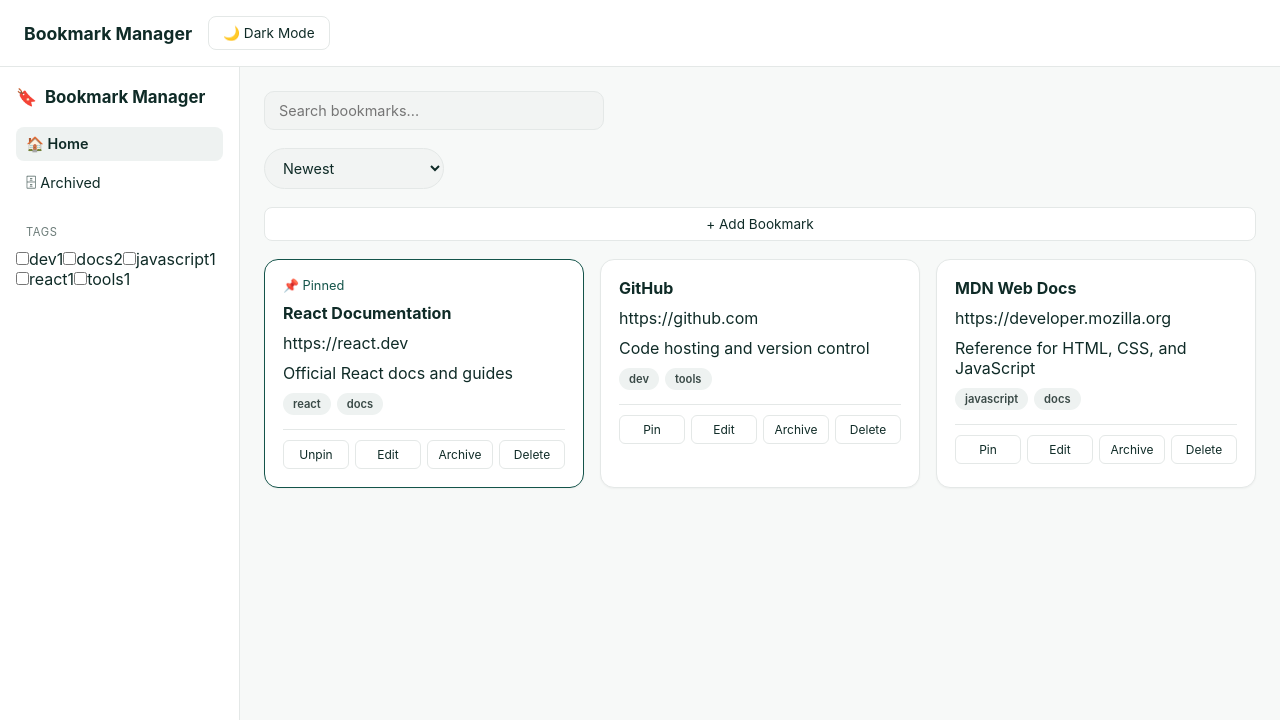
Repository: K0k1M4r/Big-Game-React
Page: /
An editor plug-in stored every save of this project. The page is shown before and after the next save, followed by the edit.
The browser window is 1280 px wide. The pictures show the whole page.
The project was rebuilt for these pictures with package versions that can differ from the ones it lists, and the page was loaded fresh each time. Also part of the build but not shown: vite.config.js, src/components/Modal.jsx, src/components/BookmarkForm.jsx.

Above is the page before, as saved 2026-09-22 22:47:09.

### index.html
<!doctype html>
<html lang="en">
  <head>
    <meta charset="UTF-8" />
    <link rel="icon" type="image/svg+xml" href="/favicon.svg" />
    <meta name="viewport" content="width=device-width, initial-scale=1.0" />
    <title>bookmark-manager</title>
  </head>
  <body>
    <div id="root"></div>
    <script type="module" src="/src/main.jsx"></script>
  </body>
</html>

### src/index.css
/* ===== Reset & Base ===== */
* {
  box-sizing: border-box;
  margin: 0;
  padding: 0;
}

body {
  font-family: -apple-system, BlinkMacSystemFont, "Segoe UI", Roboto, Helvetica, Arial, sans-serif;
  background-color: var(--bg-color);
  color: var(--text-color);
  transition: background-color 0.2s, color 0.2s;
}

/* ===== Theme Variables ===== */
:root[data-theme="light"] {
  --bg-color: #f7f9f8;
  --sidebar-bg: #ffffff;
  --header-bg: #ffffff;
  --card-bg: #ffffff;
  --input-bg: #f2f4f3;
  --text-color: #0f2b27;
  --muted-text: #6b7b78;
  --border-color: #e4e8e7;
  --tag-bg: #eef2f1;
  --tag-text: #3a4a47;
  --accent-color: #14544a;
  --accent-hover: #0f3f38;
  --error-color: #dc2626;
}

:root[data-theme="dark"] {
  --bg-color: #0c2622;
  --sidebar-bg: #0d2b27;
  --header-bg: #0d2b27;
  --card-bg: #0f3430;
  --input-bg: #123833;
  --text-color: #f2f7f5;
  --muted-text: #9fb5b0;
  --border-color: #1c4d46;
  --tag-bg: #164039;
  --tag-text: #cfe6df;
  --accent-color: #2a9d8f;
  --accent-hover: #35b3a3;
  --error-color: #f87171;
}

button {
  font-family: inherit;
  cursor: pointer;
  border: 1px solid var(--border-color);
  background-color: var(--card-bg);
  color: var(--text-color);
  border-radius: 8px;
  padding: 8px 14px;
  font-size: 0.85rem;
  transition: background-color 0.15s, border-color 0.15s;
}

button:hover {
  filter: brightness(0.96);
}

input:not([type="checkbox"]),
textarea,
select {
  font-family: inherit;
  font-size: 0.9rem;
  padding: 10px 14px;
  border: 1px solid var(--border-color);
  border-radius: 10px;
  background-color: var(--input-bg);
  color: var(--text-color);
  width: 100%;
}

input:focus,
textarea:focus,
select:focus {
  outline: none;
  border-color: var(--accent-color);
}

/* ===== App Layout ===== */
.app {
  min-height: 100vh;
  display: flex;
  flex-direction: column;
}

.app-body {
  display: flex;
  flex: 1;
}

/* ===== Sidebar ===== */
.sidebar {
  width: 240px;
  flex-shrink: 0;
  background-color: var(--sidebar-bg);
  border-right: 1px solid var(--border-color);
  padding: 20px 16px;
  display: flex;
  flex-direction: column;
  gap: 4px;
}

.sidebar-logo {
  font-weight: 700;
  font-size: 1.05rem;
  margin-bottom: 16px;
  display: flex;
  align-items: center;
  gap: 8px;
}

.sidebar button {
  border: none;
  background: transparent;
  text-align: left;
  width: 100%;
  padding: 8px 10px;
  border-radius: 8px;
  font-size: 0.9rem;
  color: var(--text-color);
}

.sidebar button.active {
  background-color: var(--tag-bg);
  font-weight: 600;
}

.sidebar-tags-label {
  font-size: 0.7rem;
  text-transform: uppercase;
  letter-spacing: 0.05em;
  color: var(--muted-text);
  margin: 16px 0 6px 10px;
}

/* ===== Header ===== */
.app-header {
  display: flex;
  align-items: center;
  gap: 16px;
  background-color: var(--header-bg);
  border-bottom: 1px solid var(--border-color);
  padding: 16px 24px;
}

.app-header h1 {
  font-size: 1.1rem;
  white-space: nowrap;
}

.search-bar {
  max-width: 340px;
  border-radius: 999px;
}

.add-bookmark-btn {
  background-color: var(--accent-color);
  color: #ffffff;
  border: none;
  border-radius: 999px;
  padding: 10px 18px;
  font-weight: 600;
  white-space: nowrap;
}

.add-bookmark-btn:hover {
  background-color: var(--accent-hover);
}

/* ===== Main Content ===== */
.app-main {
  flex: 1;
  padding: 24px;
  display: flex;
  flex-direction: column;
  gap: 18px;
}

.filter-bar {
  display: flex;
  flex-wrap: wrap;
  gap: 8px;
}

.filter-bar button {
  border-radius: 999px;
  padding: 6px 14px;
  font-size: 0.8rem;
}

.filter-bar button.active {
  background-color: var(--accent-color);
  color: #ffffff;
  border-color: var(--accent-color);
}

.sort-select {
  max-width: 180px;
  border-radius: 999px;
}

/* ===== Bookmark List & Card ===== */
.bookmark-list {
  display: grid;
  grid-template-columns: repeat(auto-fill, minmax(270px, 1fr));
  gap: 16px;
}

.bookmark-card {
  position: relative;
  background-color: var(--card-bg);
  border: 1px solid var(--border-color);
  border-radius: 14px;
  padding: 18px;
  display: flex;
  flex-direction: column;
  gap: 10px;
  box-shadow: 0 1px 2px rgba(0, 0, 0, 0.04);
}

.bookmark-card.pinned {
  border-color: var(--accent-color);
}

.bookmark-card-top {
  display: flex;
  align-items: flex-start;
  justify-content: space-between;
  gap: 8px;
}

.bookmark-card h3 {
  font-size: 1rem;
  font-weight: 700;
}

.bookmark-domain {
  font-size: 0.75rem;
  color: var(--muted-text);
}

.bookmark-card .description {
  font-size: 0.85rem;
  color: var(--muted-text);
  line-height: 1.4;
}

.pin-badge {
  font-size: 0.8rem;
  color: var(--accent-color);
}

/* Tags */
.tag-list {
  display: flex;
  flex-wrap: wrap;
  gap: 6px;
  list-style: none;
}

.tag {
  background-color: var(--tag-bg);
  color: var(--tag-text);
  font-size: 0.7rem;
  font-weight: 600;
  padding: 4px 10px;
  border-radius: 999px;
}

/* Card actions row */
.card-actions {
  display: flex;
  flex-wrap: wrap;
  gap: 6px;
  margin-top: 4px;
  border-top: 1px solid var(--border-color);
  padding-top: 10px;
}

.card-actions button {
  flex: 1;
  min-width: 60px;
  font-size: 0.75rem;
  padding: 6px 8px;
  border-radius: 6px;
}

.archived-label {
  position: absolute;
  bottom: 14px;
  right: 14px;
  font-size: 0.7rem;
  color: var(--muted-text);
  font-style: italic;
}

/* ===== Empty / Loading States ===== */
.empty-state {
  text-align: center;
  color: var(--muted-text);
  padding: 60px 20px;
  font-size: 1rem;
}

/* ===== Modal ===== */
.modal-overlay {
  position: fixed;
  inset: 0;
  background-color: rgba(0, 0, 0, 0.5);
  display: flex;
  align-items: center;
  justify-content: center;
  z-index: 100;
  padding: 16px;
}

.modal-content {
  position: relative;
  background-color: var(--card-bg);
  border: 1px solid var(--border-color);
  border-radius: 16px;
  padding: 26px;
  width: 100%;
  max-width: 420px;
  max-height: 90vh;
  overflow-y: auto;
}

.modal-close {
  position: absolute;
  top: 12px;
  right: 12px;
  border: none;
  background: transparent;
  font-size: 1rem;
  padding: 4px 8px;
}

/* ===== Bookmark Form ===== */
.bookmark-form {
  display: flex;
  flex-direction: column;
  gap: 14px;
}

.form-field {
  display: flex;
  flex-direction: column;
  gap: 4px;
}

.form-field textarea {
  resize: vertical;
  min-height: 70px;
  border-radius: 10px;
}

.error {
  color: var(--error-color);
  font-size: 0.8rem;
}

.bookmark-form button[type="submit"] {
  background-color: var(--accent-color);
  color: #ffffff;
  border-color: var(--accent-color);
  padding: 10px;
  border-radius: 999px;
  font-weight: 600;
}

/* ===== Responsive ===== */
@media (max-width: 768px) {
  .app-body {
    flex-direction: column;
  }

  .sidebar {
    width: 100%;
    flex-direction: row;
    flex-wrap: wrap;
    overflow-x: auto;
    border-right: none;
    border-bottom: 1px solid var(--border-color);
    padding: 12px 16px;
  }

  .sidebar button {
    width: auto;
    white-space: nowrap;
  }

  .app-header {
    flex-wrap: wrap;
  }

  .app-main {
    padding: 16px;
  }

  .bookmark-list {
    grid-template-columns: 1fr;
  }

  .search-bar,
  .sort-select {
    max-width: 100%;
  }
}

### src/App.jsx
import { useState, useEffect } from "react";
import Header from "./components/Layout/Header";
import Sidebar from "./components/Layout/Sidebar";
import SearchBar from "./components/SearchBar";
import SortSelect from "./components/SortSelect";
import BookmarkList from "./components/BookmarkList";
import Modal from "./components/Modal";
import BookmarkForm from "./components/BookmarkForm";

function App() {
  const [bookmarks, setBookmarks] = useState([]);
  const [isLoading, setIsLoading] = useState(true);
  const [isModalOpen, setIsModalOpen] = useState(false);
  const [editingBookmark, setEditingBookmark] = useState(null);
  const [currentView, setCurrentView] = useState("all");
  const [searchTerm, setSearchTerm] = useState("");
  const [selectedTag, setSelectedTag] = useState("All");
  const [sortOption, setSortOption] = useState("newest");
  const [theme, setTheme] = useState(
    () => localStorage.getItem("theme") || "light"
  );

  // Initial load: localStorage first, fallback to bookmarks.json
  useEffect(() => {
    const stored = localStorage.getItem("bookmarks");

    if (stored) {
      setTimeout(() => {
        setBookmarks(JSON.parse(stored));
        setIsLoading(false);
      }, 800);
    } else {
      fetch("/data/bookmarks.json")
        .then((res) => res.json())
        .then((data) => {
          setTimeout(() => {
            setBookmarks(data);
            setIsLoading(false);
          }, 800);
        })
        .catch((err) => {
          console.error("Failed to load bookmarks:", err);
          setIsLoading(false);
        });
    }
  }, []);

  // Sync bookmarks to localStorage whenever they change (after initial load)
  useEffect(() => {
    if (!isLoading) {
      localStorage.setItem("bookmarks", JSON.stringify(bookmarks));
    }
  }, [bookmarks, isLoading]);

  // Sync theme to localStorage + apply to document
  useEffect(() => {
    localStorage.setItem("theme", theme);
    document.documentElement.setAttribute("data-theme", theme);
  }, [theme]);

  function toggleTheme() {
    setTheme((prev) => (prev === "light" ? "dark" : "light"));
  }

  function handleAddBookmark(newBookmark) {
    setBookmarks((prev) => [...prev, newBookmark]);
    closeModal();
  }

  function handleUpdateBookmark(updatedBookmark) {
    setBookmarks((prev) =>
      prev.map((b) => (b.id === updatedBookmark.id ? updatedBookmark : b))
    );
    closeModal();
  }

  function handleDeleteBookmark(id) {
    const confirmed = window.confirm("Delete this bookmark?");
    if (!confirmed) return;
    setBookmarks((prev) => prev.filter((b) => b.id !== id));
  }

  function handleTogglePin(id) {
    setBookmarks((prev) =>
      prev.map((b) => (b.id === id ? { ...b, pinned: !b.pinned } : b))
    );
  }

  function handleToggleArchive(id) {
    setBookmarks((prev) =>
      prev.map((b) => (b.id === id ? { ...b, archived: !b.archived } : b))
    );
  }

  function openAddModal() {
    setEditingBookmark(null);
    setIsModalOpen(true);
  }

  function openEditModal(bookmark) {
    setEditingBookmark(bookmark);
    setIsModalOpen(true);
  }

  function closeModal() {
    setIsModalOpen(false);
    setEditingBookmark(null);
  }

  const viewFiltered = bookmarks.filter((b) =>
    currentView === "archived" ? b.archived : !b.archived
  );

  const searchFiltered = viewFiltered.filter((b) => {
    const term = searchTerm.trim().toLowerCase();
    if (!term) return true;
    return (
      b.title.toLowerCase().includes(term) ||
      b.description.toLowerCase().includes(term)
    );
  });

  const tagFiltered = searchFiltered.filter((b) =>
    selectedTag === "All" ? true : b.tags.includes(selectedTag)
  );

  const sorted = [...tagFiltered].sort((a, b) => {
    if (a.pinned !== b.pinned) return a.pinned ? -1 : 1;

    switch (sortOption) {
      case "newest":
        return new Date(b.createdAt) - new Date(a.createdAt);
      case "oldest":
        return new Date(a.createdAt) - new Date(b.createdAt);
      case "az":
        return a.title.localeCompare(b.title);
      case "za":
        return b.title.localeCompare(a.title);
      default:
        return 0;
    }
  });

  // Tag counts based on the current view (all vs archived)
  const tagCounts = {};
  viewFiltered.forEach((b) => {
    b.tags.forEach((tag) => {
      tagCounts[tag] = (tagCounts[tag] || 0) + 1;
    });
  });
  const tagsWithCounts = Object.keys(tagCounts)
    .sort()
    .map((name) => ({ name, count: tagCounts[name] }));

  const visibleBookmarks = sorted;

  return (
    <div className="app">
      <Header theme={theme} onToggleTheme={toggleTheme} />
      <div className="app-body">
        <Sidebar
          currentView={currentView}
          onChangeView={setCurrentView}
          tags={tagsWithCounts}
          selectedTag={selectedTag}
          onSelectTag={setSelectedTag}
        />
        <main className="app-main">
          <SearchBar searchTerm={searchTerm} onSearchChange={setSearchTerm} />
          <SortSelect sortOption={sortOption} onSortChange={setSortOption} />
          <button onClick={openAddModal}>+ Add Bookmark</button>

          {isLoading ? (
            <p>Loading bookmarks...</p>
          ) : (
            <BookmarkList
              bookmarks={visibleBookmarks}
              onEdit={openEditModal}
              onDelete={handleDeleteBookmark}
              onTogglePin={handleTogglePin}
              onToggleArchive={handleToggleArchive}
              currentView={currentView}
              searchTerm={searchTerm}
            />
          )}
        </main>
      </div>

      {isModalOpen && (
        <Modal onClose={closeModal}>
          <BookmarkForm
            key={editingBookmark ? editingBookmark.id : "new"}
            initialData={editingBookmark}
            onSave={editingBookmark ? handleUpdateBookmark : handleAddBookmark}
          />
        </Modal>
      )}
    </div>
  );
}

export default App;

### src/components/Layout/Header.jsx
function Header({ theme, onToggleTheme }) {
  return (
    <header className="app-header">
      <h1>Bookmark Manager</h1>
      <button onClick={onToggleTheme}>
        {theme === "light" ? "🌙 Dark Mode" : "☀️ Light Mode"}
      </button>
    </header>
  );
}

export default Header;

### src/components/Layout/Sidebar.jsx
function Sidebar({ currentView, onChangeView, tags, selectedTag, onSelectTag }) {
  return (
    <nav className="sidebar">
      <div className="sidebar-logo">
        <span className="logo-icon">🔖</span>
        Bookmark Manager
      </div>

      <button
        className={currentView === "all" ? "active" : ""}
        onClick={() => onChangeView("all")}
      >
        🏠 Home
      </button>
      <button
        className={currentView === "archived" ? "active" : ""}
        onClick={() => onChangeView("archived")}
      >
        🗄 Archived
      </button>

      <p className="sidebar-tags-label">Tags</p>

      <div className="sidebar-tags">
        {tags.map(({ name, count }) => (
          <label key={name} className="sidebar-tag">
            <input
              type="checkbox"
              checked={selectedTag === name}
              onChange={() =>
                onSelectTag(selectedTag === name ? "All" : name)
              }
            />
            <span className="tag-name">{name}</span>
            <span className="tag-count">{count}</span>
          </label>
        ))}
      </div>
    </nav>
  );
}

export default Sidebar;

### src/components/SearchBar.jsx
function SearchBar({ searchTerm, onSearchChange }) {
  return (
    <input
      type="text"
      placeholder="Search bookmarks..."
      className="search-bar"
      value={searchTerm}
      onChange={(e) => onSearchChange(e.target.value)}
    />
  );
}

export default SearchBar;

### src/components/SortSelect.jsx
function SortSelect({ sortOption, onSortChange }) {
  return (
    <select
      className="sort-select"
      value={sortOption}
      onChange={(e) => onSortChange(e.target.value)}
    >
      <option value="newest">Newest</option>
      <option value="oldest">Oldest</option>
      <option value="az">A-Z</option>
      <option value="za">Z-A</option>
    </select>
  );
}

export default SortSelect;

### src/components/BookmarkList.jsx
import BookmarkCard from "./BookmarkCard";

function BookmarkList({ bookmarks, onEdit, onDelete, onTogglePin, onToggleArchive, currentView, searchTerm }) {
  if (bookmarks.length === 0) {
    let message = "No bookmarks yet. Add one to get started!";

    if (searchTerm.trim()) {
      message = `No bookmarks match "${searchTerm}".`;
    } else if (currentView === "archived") {
      message = "No archived bookmarks.";
    }

    return <p className="empty-state">{message}</p>;
  }

  return (
    <div className="bookmark-list">
      {bookmarks.map((bookmark) => (
        <BookmarkCard
          key={bookmark.id}
          bookmark={bookmark}
          onEdit={onEdit}
          onDelete={onDelete}
          onTogglePin={onTogglePin}
          onToggleArchive={onToggleArchive}
        />
      ))}
    </div>
  );
}

export default BookmarkList;

### src/components/BookmarkCard.jsx
import TagList from "./TagList";

function BookmarkCard({ bookmark, onEdit, onDelete, onTogglePin, onToggleArchive }) {
  return (
    <div className={`bookmark-card ${bookmark.pinned ? "pinned" : ""}`}>
      {bookmark.pinned && <span className="pin-badge">📌 Pinned</span>}
      <h3>{bookmark.title}</h3>
      <p>{bookmark.url}</p>
      <p>{bookmark.description}</p>
      <TagList tags={bookmark.tags} />
      <div className="card-actions">
        <button onClick={() => onTogglePin(bookmark.id)}>
          {bookmark.pinned ? "Unpin" : "Pin"}
        </button>
        <button onClick={() => onEdit(bookmark)}>Edit</button>
        <button onClick={() => onToggleArchive(bookmark.id)}>
          {bookmark.archived ? "Restore" : "Archive"}
        </button>
        <button onClick={() => onDelete(bookmark.id)}>Delete</button>
      </div>
    </div>
  );
}

export default BookmarkCard;

### src/components/TagList.jsx
function TagList({ tags }) {
  return (
    <ul className="tag-list">
      {tags.map((tag) => (
        <li key={tag} className="tag">{tag}</li>
      ))}
    </ul>
  );
}

export default TagList

### public/data/bookmarks.json
[
  {
    "id": "1",
    "title": "React Documentation",
    "url": "https://react.dev",
    "description": "Official React docs and guides",
    "tags": ["react", "docs"],
    "pinned": true,
    "archived": false,
    "favorite": false,
    "createdAt": "2026-01-10T10:00:00.000Z"
  },
  {
    "id": "2",
    "title": "MDN Web Docs",
    "url": "https://developer.mozilla.org",
    "description": "Reference for HTML, CSS, and JavaScript",
    "tags": ["javascript", "docs"],
    "pinned": false,
    "archived": false,
    "favorite": false,
    "createdAt": "2026-01-12T14:30:00.000Z"
  },
  {
    "id": "3",
    "title": "Old Design Inspiration",
    "url": "https://dribbble.com",
    "description": "UI inspiration site",
    "tags": ["design"],
    "pinned": false,
    "archived": true,
    "favorite": false,
    "createdAt": "2026-01-05T09:15:00.000Z"
  },
  {
    "id": "4",
    "title": "GitHub",
    "url": "https://github.com",
    "description": "Code hosting and version control",
    "tags": ["dev", "tools"],
    "pinned": false,
    "archived": false,
    "favorite": true,
    "createdAt": "2026-01-15T08:00:00.000Z"
  }
]

Loaded but not shown: src/main.jsx (common file)

After the next save:
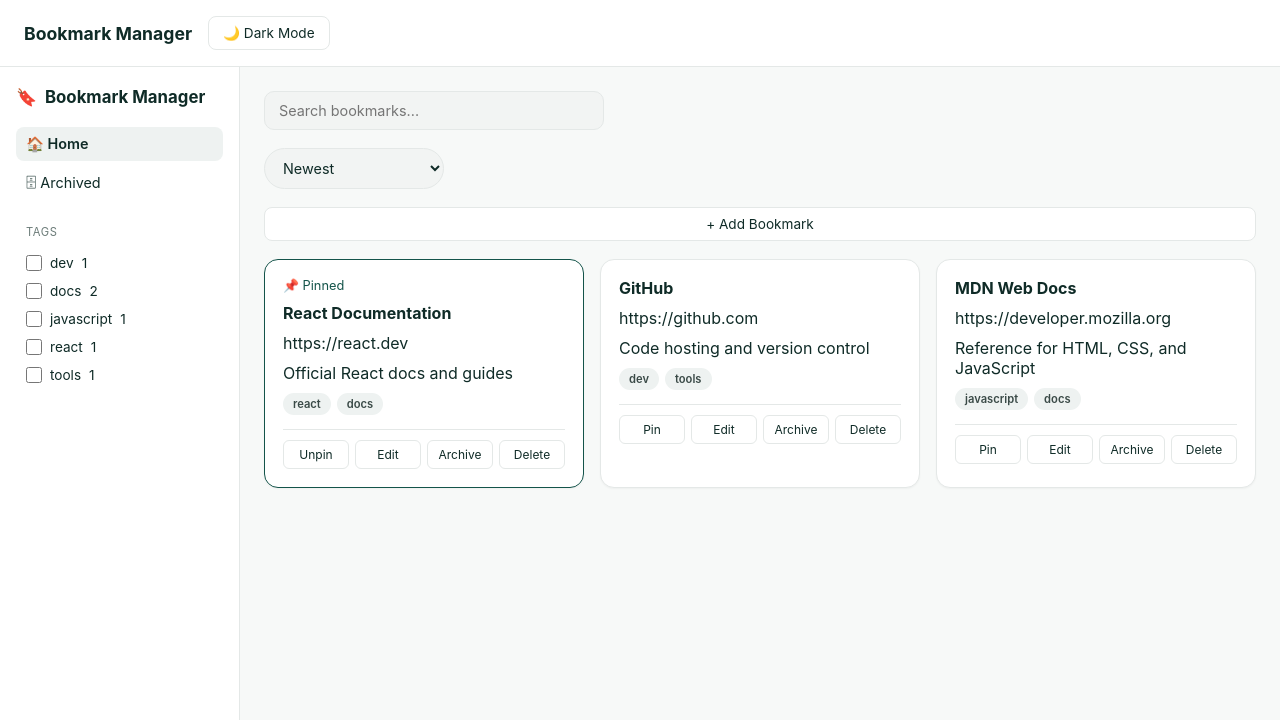
Saved 56 s later.
--- a/src/index.css
+++ b/src/index.css
@@ -138,6 +138,24 @@
   margin: 16px 0 6px 10px;
 }
 
+.sidebar-tag {
+  display: flex;
+  align-items: center;
+  gap: 8px;
+  padding: 6px 10px;
+  border-radius: 8px;
+  cursor: pointer;
+  font-size: 0.85rem;
+}
+
+.sidebar-tag input[type="checkbox"] {
+  width: 16px;
+  height: 16px;
+  margin: 0;
+  accent-color: var(--accent-color);
+  flex-shrink: 0;
+}
+
 /* ===== Header ===== */
 .app-header {
   display: flex;
